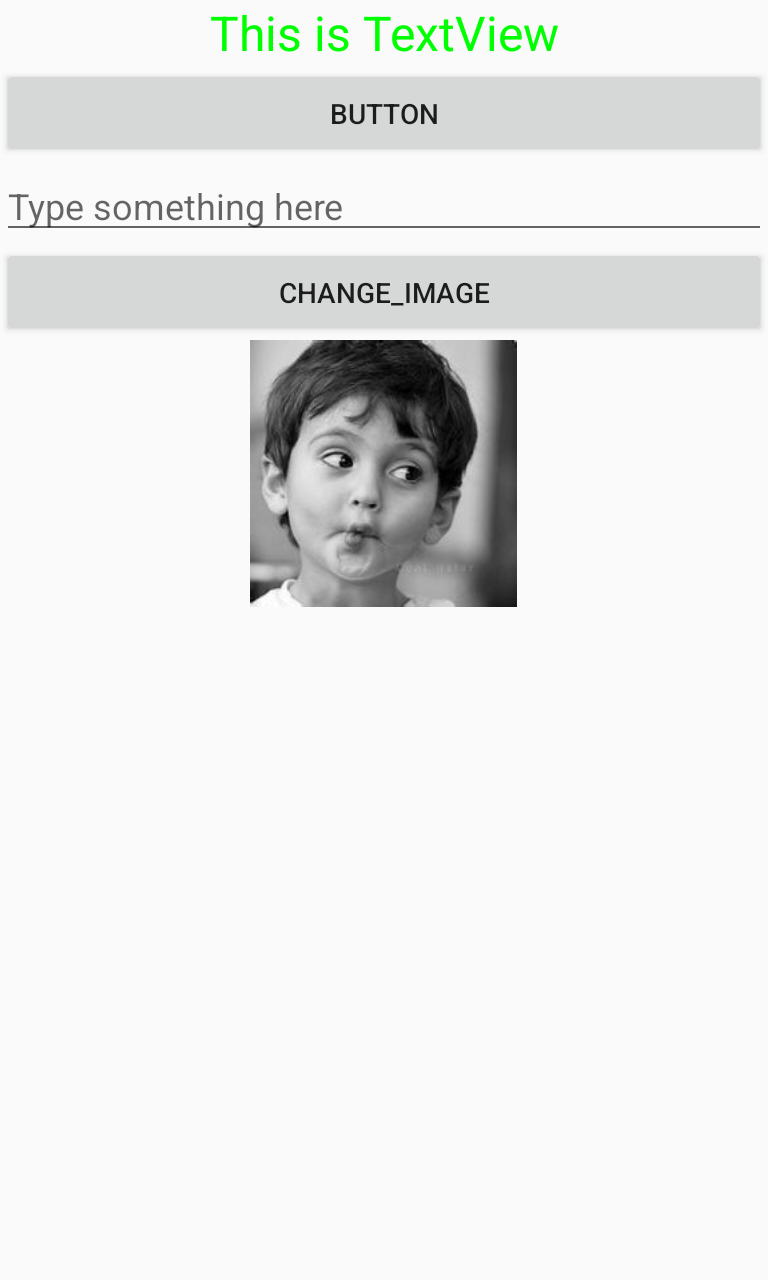
Repository: hohoTT/Android_summarize
Layout: UIWidgeTest/res/layout/activity_main.xml
These files come from the project's save history. The layout is drawn as it stood at one moment and after the next save; the edit follows.
It is drawn on a 768 x 1280 px phone screen (xhdpi) without system bars, with theme AppTheme; the app's code is not run.

Above is the layout before, as saved 2016-02-23 09:03:56.

After the next save:
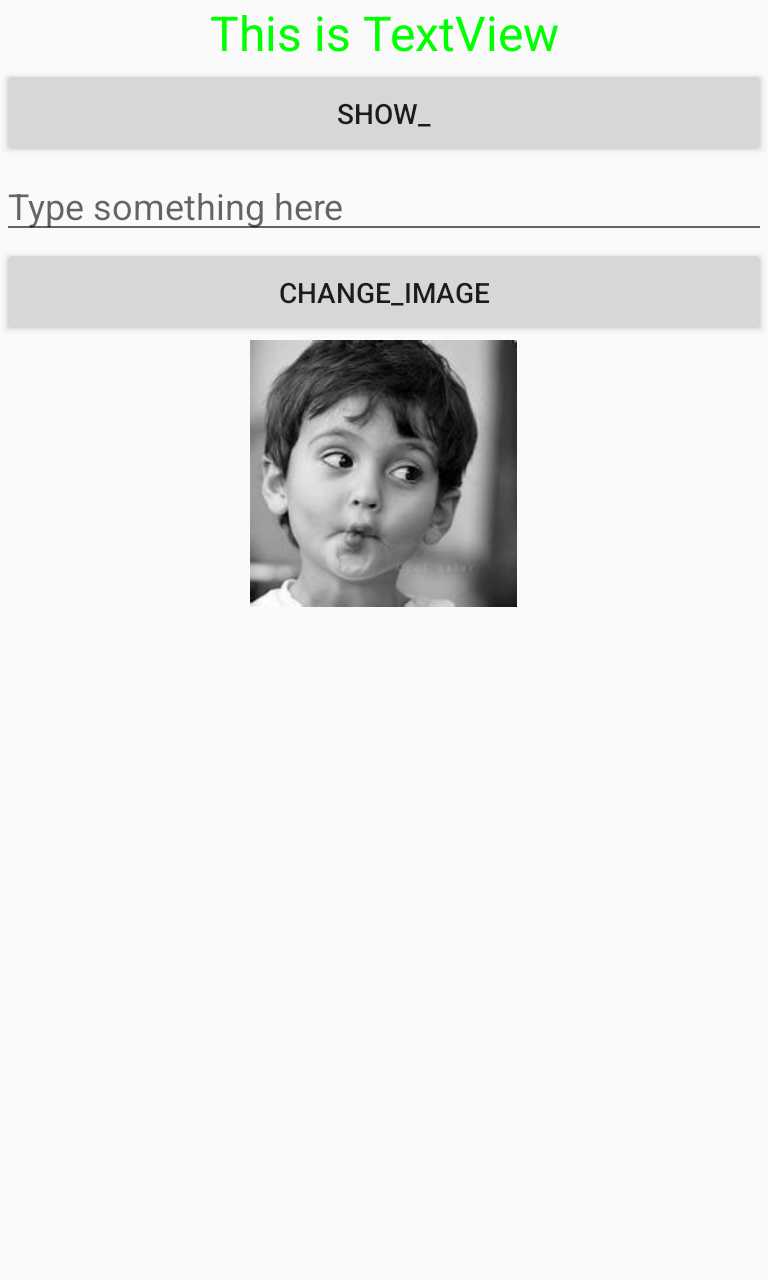
Saved 18 s later.
--- a/UIWidgeTest/res/layout/activity_main.xml
+++ b/UIWidgeTest/res/layout/activity_main.xml
@@ -16,7 +16,7 @@
         android:id="@+id/button"
         android:layout_width="match_parent"
         android:layout_height="wrap_content"
-        android:text="Button" />
+        android:text="Show_" />
 
     <EditText
         android:id="@+id/edit_text"
@@ -29,7 +29,7 @@
         android:id="@+id/button_change_image"
         android:layout_width="match_parent"
         android:layout_height="wrap_content"
-        android:text="change_image" />
+        android:text="Change_image" />
 
     <ImageView
         android:id="@+id/image_view"
